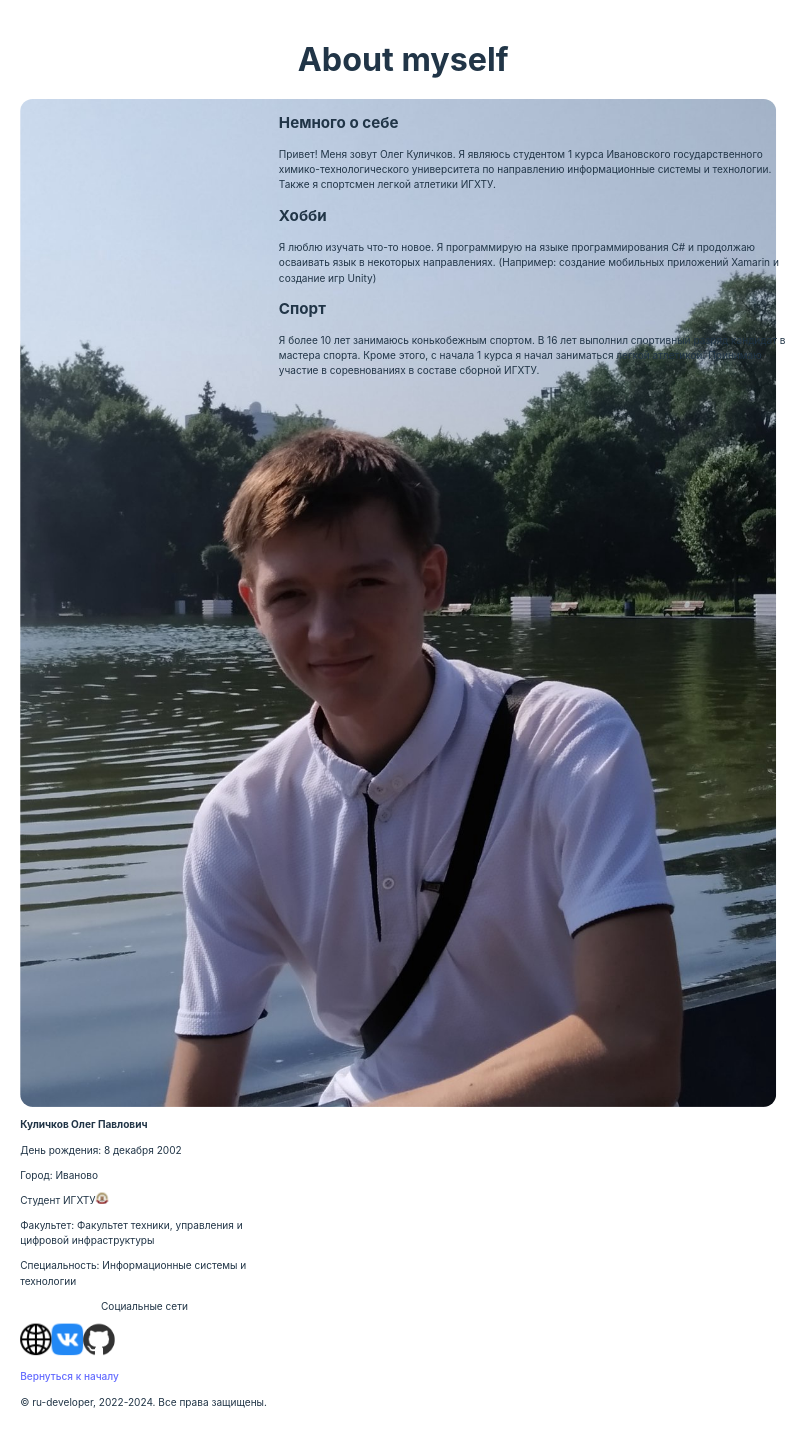
Repository: HubOl01/my_profile
Page: /
An editor plug-in stored every save of this project. The page is shown before and after the next save, followed by the edit.
The browser window is 1280 px wide. The pictures show the whole page, at 63% of full size.
The project was rebuilt for these pictures with package versions that can differ from the ones it lists, and the page was loaded fresh each time. Also part of the build but not shown: vite.config.ts.

Above is the page before, as saved 2024-03-06 08:35:29.

### src/App.tsx
import { Grid } from '@mui/material'
import './App.css'
import Common from './components/center/Common'
import Footer from './components/footer/Footer'
import Header from './components/header/Header'
import LeftBar from './components/left/LeftBar'


function App() {

  return (
    <>
      <Header />
      <Grid container spacing={2}>
        <Grid item xs={4}>
          <LeftBar />
        </Grid>
        <Grid item xs>
          <Common />
        </Grid>
      </Grid>
      <Footer />
    </>
  )
}

export default App

### src/App.css
#root {
  max-width: 1280px;
  margin: 0 auto;
  padding: 2rem;
  /* text-align: center; */
}
.logo:hover {
  filter: drop-shadow(0 0 2em #646cffaa);
}
.logo.react:hover {
  filter: drop-shadow(0 0 2em #61dafbaa);
}

@keyframes logo-spin {
  from {
    transform: rotate(0deg);
  }
  to {
    transform: rotate(360deg);
  }
}

@media (prefers-reduced-motion: no-preference) {
  a:nth-of-type(2) .logo {
    animation: logo-spin infinite 20s linear;
  }
}

.card {
  padding: 2em;
}

.read-the-docs {
  color: #888;
}

### src/components/center/Common.tsx
import React from 'react'

export default function Common() {
  return (
    <div className="Text">
      <h2>Немного о себе</h2>
      <p>
        Привет! Меня зовут Олег Куличков. Я являюсь студентом 1 курса
        Ивановского государственного химико-технологического университета по
        направлению информационные системы и технологии. Также я спортсмен
        легкой атлетики ИГХТУ.
      </p>
      <h2>Хобби</h2>
      <p>
        Я люблю изучать что-то новое. Я программирую на языке программирования
        C# и продолжаю осваивать язык в некоторых направлениях. (Например:
        создание мобильных приложений Xamarin и создание игр Unity)
      </p>
      <h2>Спорт</h2>
      <p>
        Я более 10 лет занимаюсь конькобежным спортом. В 16 лет выполнил
        спортивный разряд кандидат в мастера спорта. Кроме этого, с начала 1
        курса я начал заниматься легкой атлетикой. Принимаю участие в
        соревнованиях в составе сборной ИГХТУ.
      </p>
    </div>
  )
}

### src/components/footer/Footer.tsx
import React from 'react'

export default function Footer() {
  return (
    <footer className="text-muted">
    <div className="container">
      <p className="float-right">
        <a href="#">Вернуться к началу</a>
      </p>
      <p className="footer-text">© ru-developer, 2022-{(new Date()).getFullYear()}. Все права защищены.</p>
    </div>
  </footer>
  )
}

### src/components/header/Header.tsx
import './Header.style.scss'

export default function Header() {
  return (
    <header>
      <div>
        <h1>About myself</h1>
      </div>
    </header>
  )
}

### src/components/left/LeftBar.tsx
import './LeftBar.style.scss'
import about from '../../assets/images/About.jpg'
import isuct from '../../assets/images/isuct.png'
import web from '../../assets/images/web.png'
import vk from '../../assets/images/vk.png'
import github from '../../assets/images/GitHub.png'

const LeftBar = () => {
  return (
    <>
      <div>
        <a title="Куличков Олег" href="https://vk.com/oleg01f">
          <img
            alt="about"
            src={about}
            // width={400}

            // backgroundSize: 'contain'
            style={{
              borderRadius: 20,
              display: 'flex',
              backgroundSize: 'contain',
              backgroundRepeat: 'no-repeat'
            }}
            data-holder-rendered="true"
          />
        </a>
        <div>
          <p>
            <b>Куличков Олег Павлович</b>
          </p>
          <p>
            <span >День рождения:</span> 8 декабря 2002
          </p>
          <p>
            <span className="text-format">Город:</span> Иваново
          </p>
          <p>
            Студент ИГХТУ
            <img
              className="isuct"
              alt="ISUCT"
              src={isuct}
              width={20}
            // data-holder-rendered="true"
            />
          </p>
          <p>
            <span className="text-format">Факультет:</span> Факультет техники,
            управления и цифровой инфраструктуры
          </p>
          <p>
            <span className="text-format">Специальность:</span> Информационные
            системы и технологии
          </p>
          <p style={{
            "textAlign": "center"
          }}>
            <span className="text-format" >Социальные сети</span>
          </p>
          <div className="websites" style={{
            "textAlign": "center",
            "display": "inline-flex",
            "justifyContent": "center"
          }}>
            <div className="web1">
              <a
                href="mailto:kuloleg54@gmail.com?subject=Вопрос от подписчика"
                title="Email"
              >
                <img
                  className="img-icon"
                  alt="Email"
                  src={web}
                  width={40}
                />
              </a>
            </div>
            <div className="web2">
              <a href="https://vk.com/oleg01f" title="Vk">
                <img
                  className="img-icon"
                  alt="Vk"
                  src={vk}
                  width={20}
                />
              </a>
            </div>
            <div className="web3">
              <a href="https://github.com/HubOl01" title="GitHub">
                <img
                  className="img-icon"
                  alt="GitHub"
                  src={github}
                  width={20}
                />
              </a>
            </div>
          </div>
        </div>
      </div>
    </>
  )
}

export default LeftBar

### src/components/left/LeftBar.style.scss
.img-icon{
    width: 50px;
    height: 50px;
}
div{
    display: "flex";
}

Loaded but not shown: index.html (common file); src/main.tsx (common file); src/index.css (common file); src/components/header/Header.style.scss (common file)

After the next save:
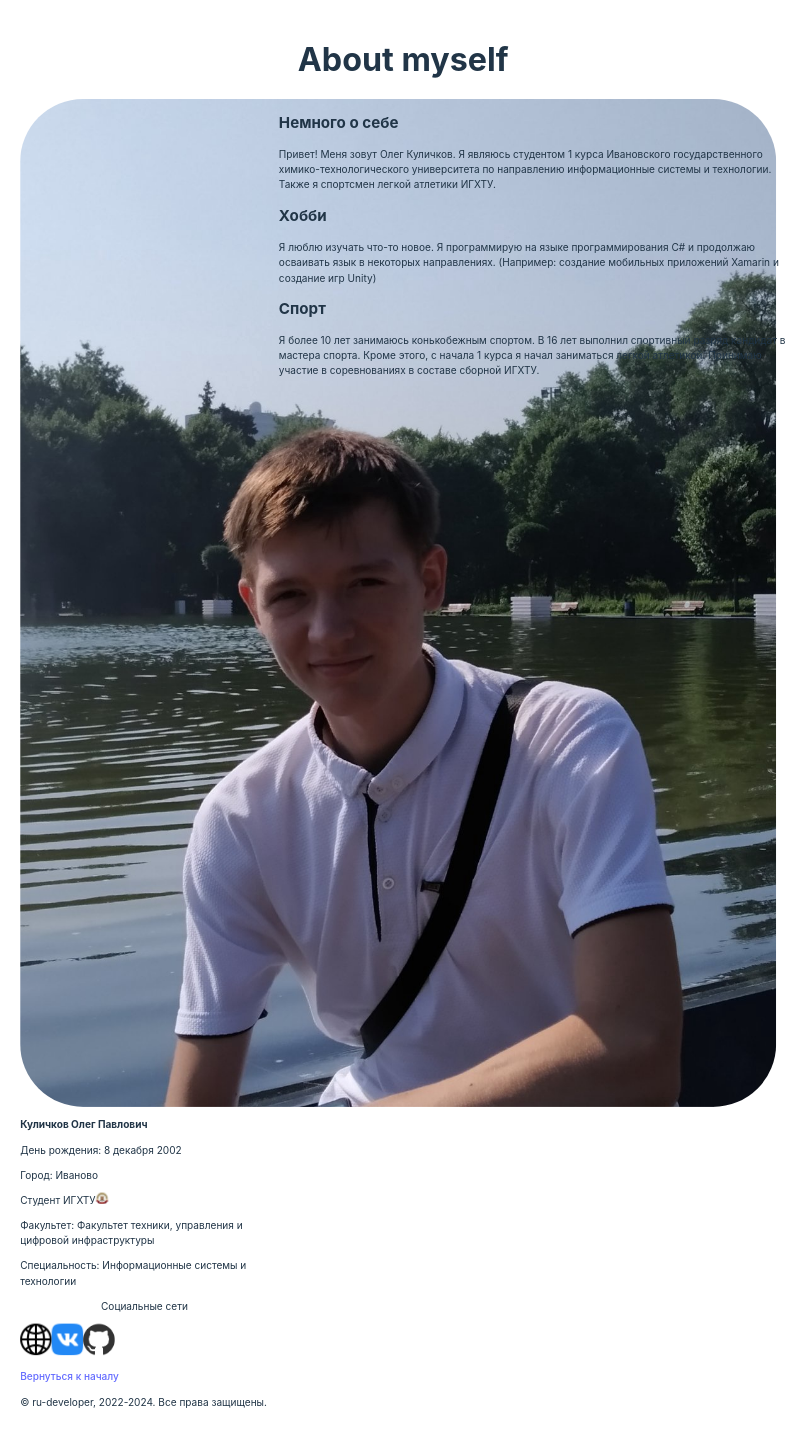
Saved 63 s later.
--- a/src/components/left/LeftBar.tsx
+++ b/src/components/left/LeftBar.tsx
@@ -17,7 +17,7 @@ const LeftBar = () => {
 
             // backgroundSize: 'contain'
             style={{
-              borderRadius: 20,
+              borderRadius: 100,
               display: 'flex',
               backgroundSize: 'contain',
               backgroundRepeat: 'no-repeat'
